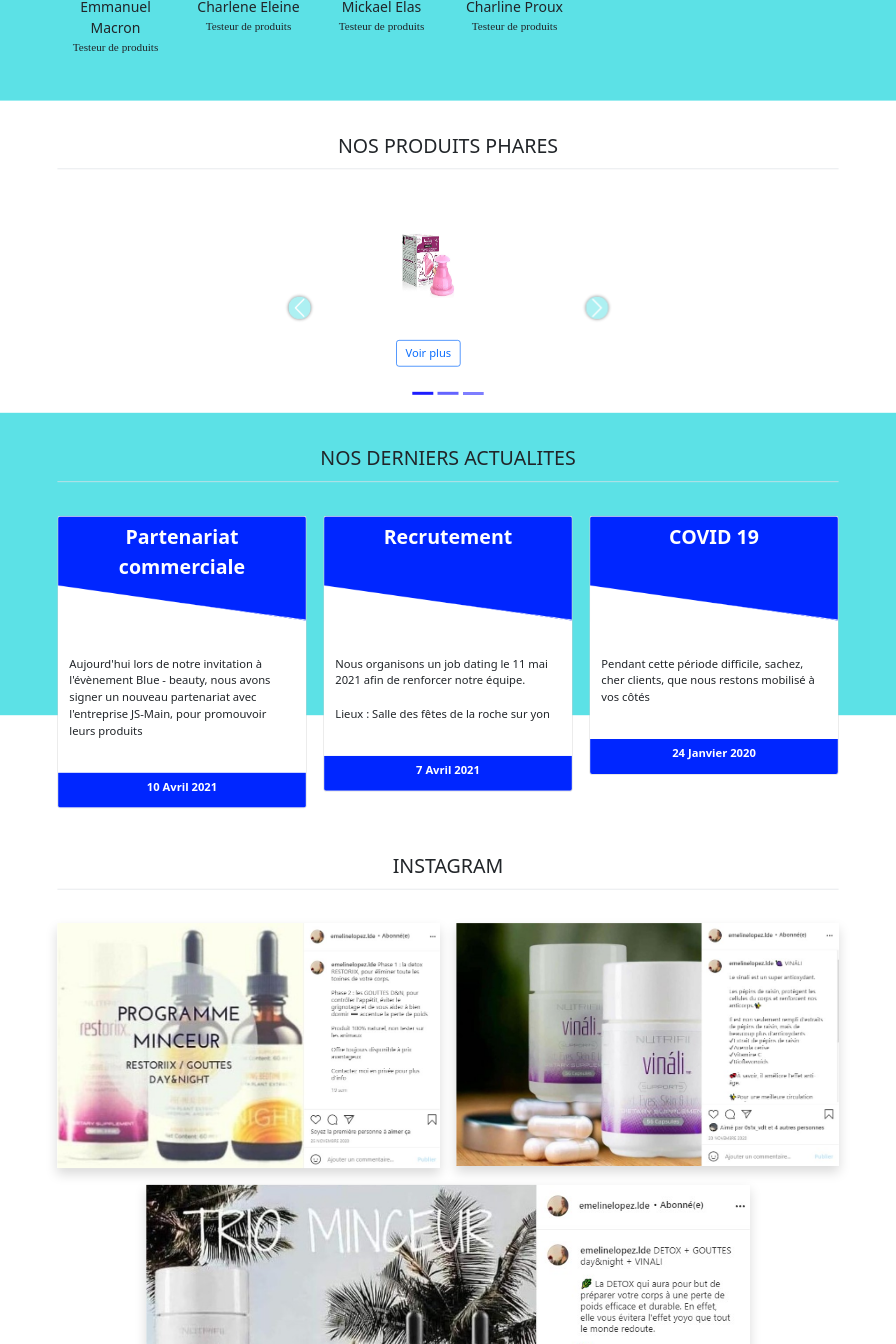
Repository: ypiard85/elitlopez
Page: index.html
The author's editor kept a copy of each file at every save. The page is drawn from the files as they stood at one save, then again after a run of saves.
The browser window is 1280 px wide. The pictures show the part of the page from y = 1364 to 3284 px (the page is 4413 px tall before and 4073 px after), at 70% of full size.

Above is the page before, as saved 2021-04-13 12:02:20.
Console error: TypeError: Cannot set properties of null (setting 'innerHtml')

After the next 2 saves:
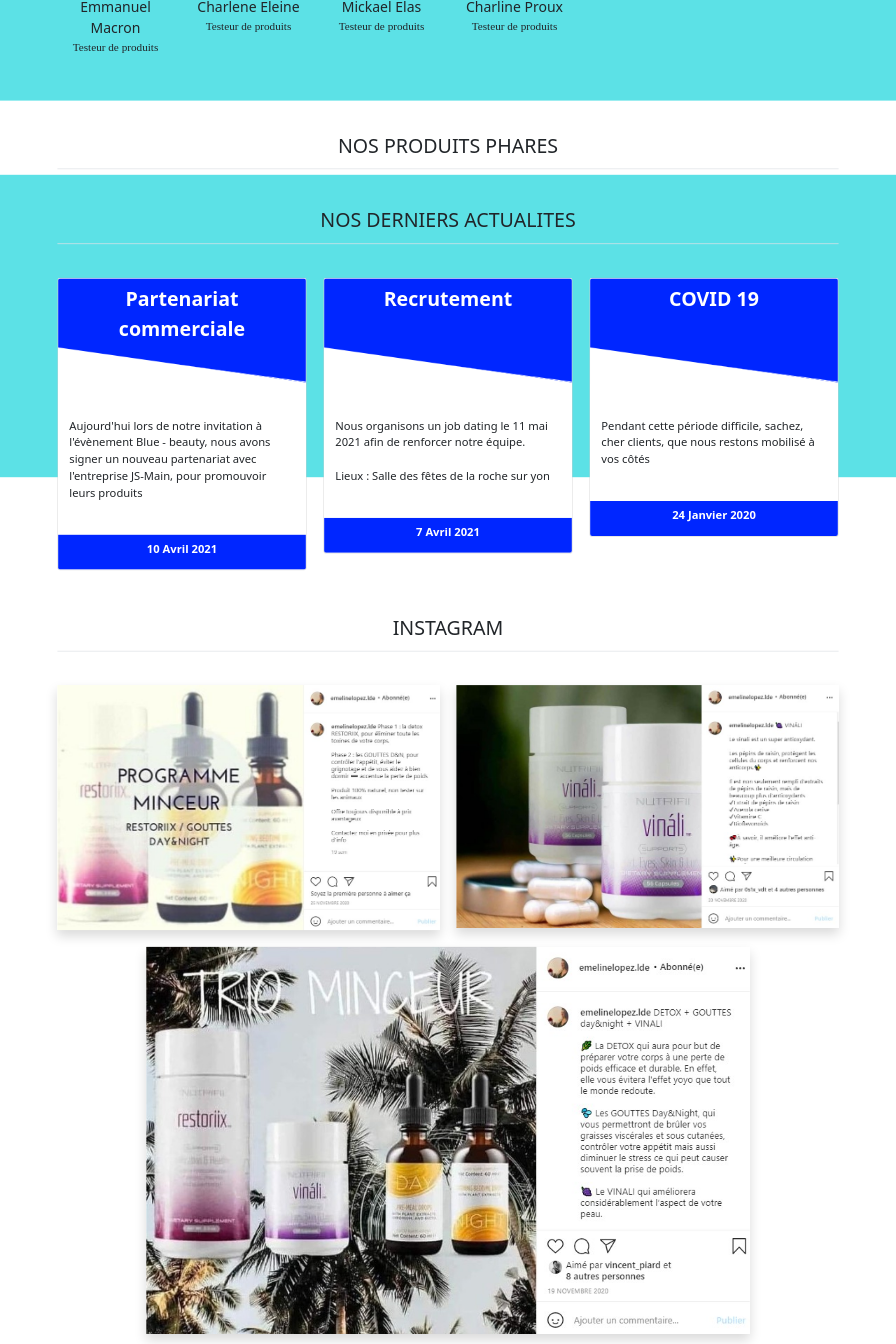
The 2 saves are shown as one change because they came seconds apart.
The last was saved 9 min 16 s later.
--- a/index.html
+++ b/index.html
@@ -185,41 +185,7 @@
     <section class="container">
         <h3 class="border-bottom text-center pt-5 pb-3">NOS PRODUITS PHARES</h3>
 
-        <div id="carouselExampleControls" class="carousel carousel-two slide mt-5" data-bs-ride="carousel">
-            <div class="carousel-indicators">
-                <button type="button" data-bs-target="#carouselExampleIndicators" data-bs-slide-to="0" class="active" aria-current="true" aria-label="Slide 1"></button>
-                <button type="button" data-bs-target="#carouselExampleIndicators" data-bs-slide-to="1" aria-label="Slide 2"></button>
-                <button type="button" data-bs-target="#carouselExampleIndicators" data-bs-slide-to="2" aria-label="Slide 3"></button>
-              </div>
-            <div class="carousel-inner">
-              <div class="carousel-item active">
-                <img src="./asset/images/61HFRG-hiiL._AC_SX522_.jpg" class="d-block" alt="...">
-                <div class="text-center mt-3">
-                    <a href="#" class="btn btn-outline-primary">Voir plus</a>
-                </div>
-              </div>
-              <div class="carousel-item ">
-                <img src="./asset/images/anaca3_test_minceur_blog.jpg" class="d-block" alt="...">
-                <div class="text-center mt-3">
-                    <a href="#" class="btn btn-outline-primary">Voir plus</a>
-                </div>
-              </div>
-              <div class="carousel-item ">
-                <img src="./asset/images/minceur-perte-de-poids.jpg" class="d-block" alt="...">
-                <div class="text-center mt-3">
-                    <a href="#" class="btn btn-outline-primary">Voir plus</a>
-                </div>
-              </div>
-            </div>
-            <button class="carousel-control-prev" type="button" data-bs-target="#carouselExampleControls" data-bs-slide="prev">
-              <span class="carousel-control-prev-icon" aria-hidden="true"></span>
-              <span class="visually-hidden">Previous</span>
-            </button>
-            <button class="carousel-control-next" type="button" data-bs-target="#carouselExampleControls" data-bs-slide="next">
-              <span class="carousel-control-next-icon" aria-hidden="true"></span>
-              <span class="visually-hidden">Next</span>
-            </button>
-          </div>
+
     </section>
 
     <section class="actu">
